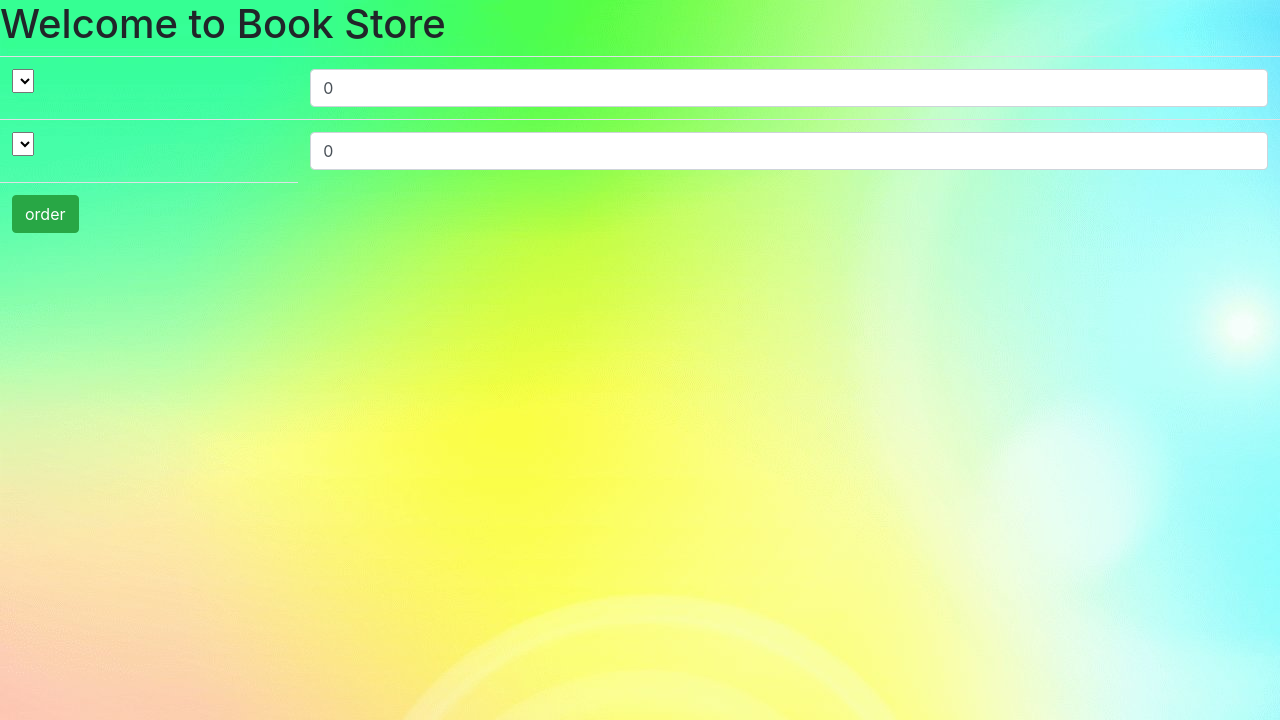
Repository: zhenyan02/HW_Projects
Page: http://localhost/bookStore/BuyerWeb.jsp
An editor plug-in stored every save of this project. The page is shown before and after the next save, followed by the edit.
The browser window is 1280 px wide. The pictures show the whole page.
The page is served by Tomcat 9. Queries for data that is not in the repository find no rows.

Above is the page before, as saved 2018-11-28 05:40:39.

After the next save:
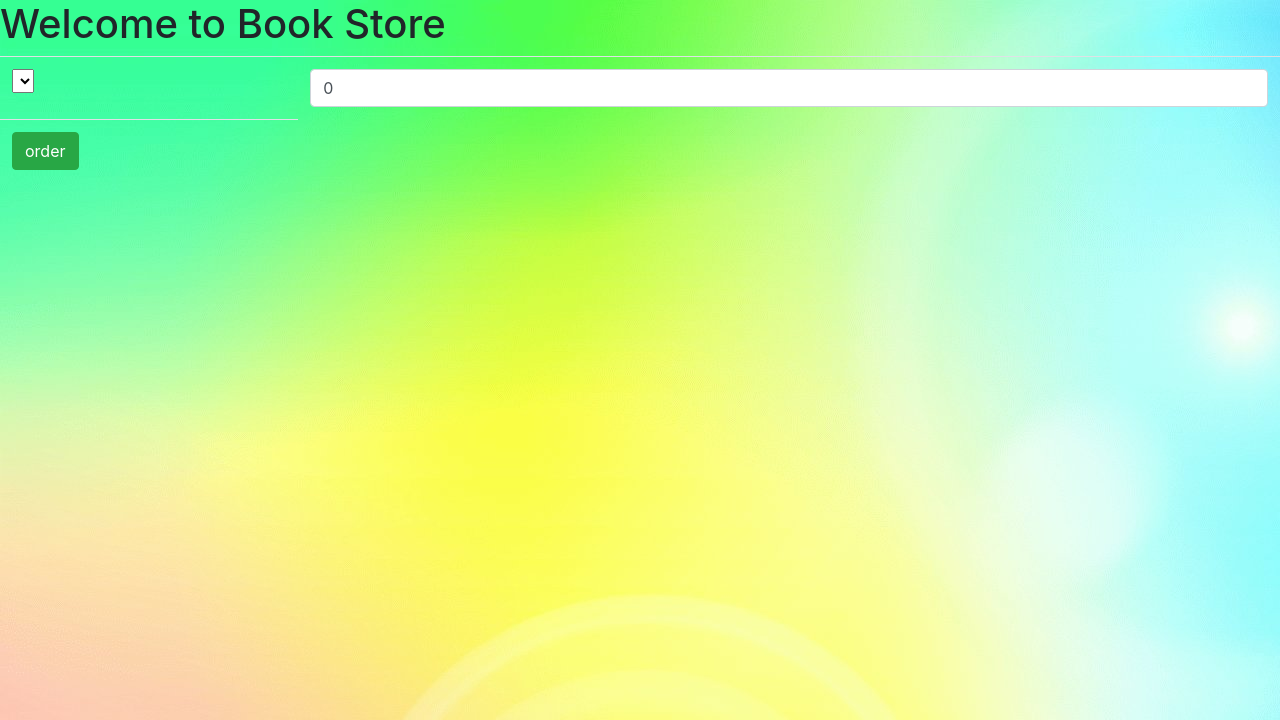
Saved 2 min 59 s later.
--- a/582_Final Project_JavaScript/bookStore/WebContent/BuyerWeb.jsp
+++ b/582_Final Project_JavaScript/bookStore/WebContent/BuyerWeb.jsp
@@ -77,17 +77,7 @@
 			</tr>
 
 
-			<tr>
 
-			<td> <select name = "options">
-				<% for(Branch apb:branchs){%>
-						<option value="$<%=apb%>">
-						<%= apb.getName() %> -- Price:$<%= apb.getStock() %> -- only <%= apb.getStock() %> left
-						</option>
-				<% }%>
-			</select> 	</td>
-			<td><input name="orderNbr2" class="form-control" value="<%= ap2.getOrderNbr()%>"/></td>
-			</tr>
 
 
 				<td>
